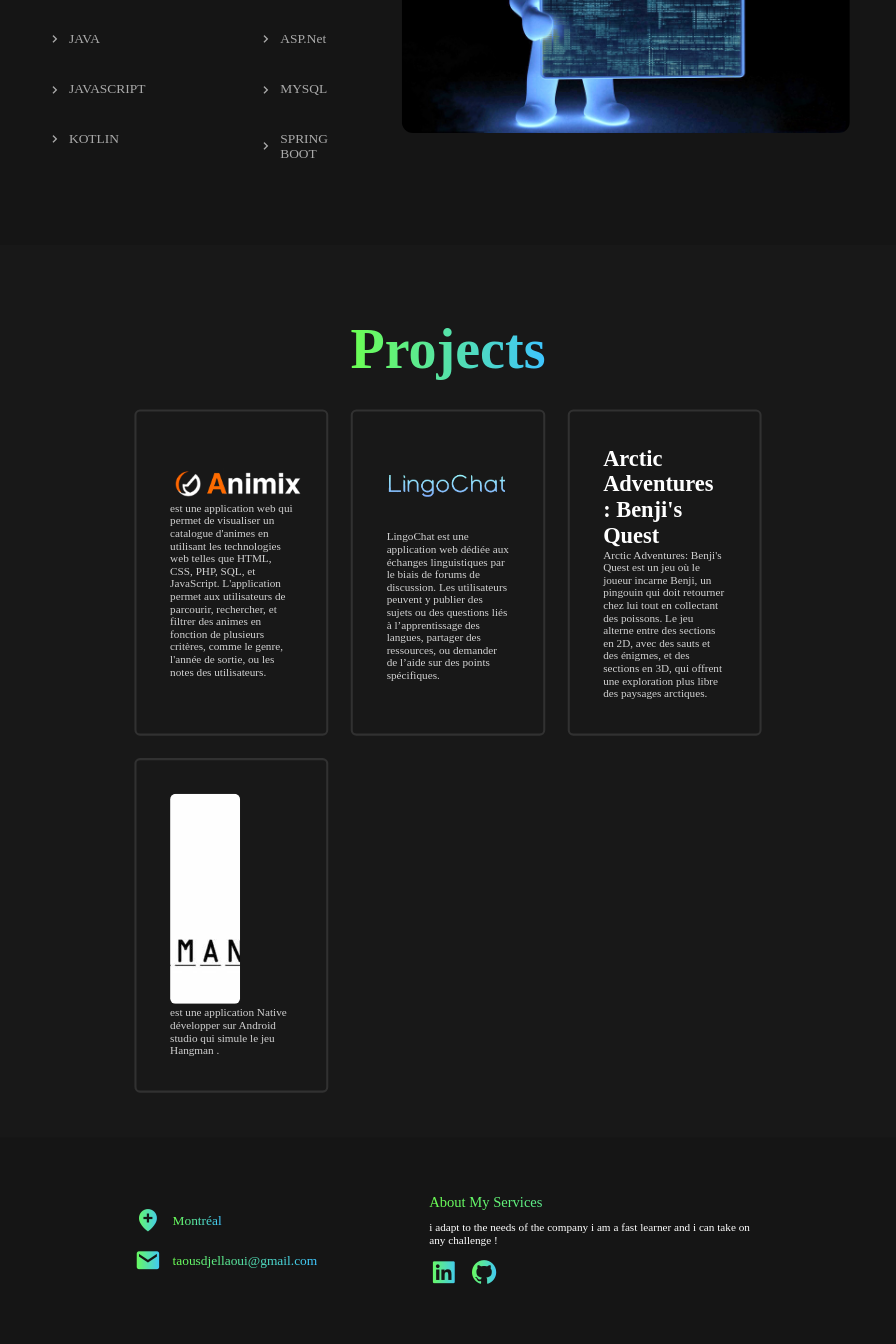
Repository: taousdjellaoui/portfolio-
Page: index.html
The author's editor kept a copy of each file at every save. The page is drawn from the files as they stood at one save, then again after the next save.
The browser window is 1280 px wide. The pictures show the part of the page from y = 1090 to 3010 px (the page is 3010 px tall before and 2810 px after), at 70% of full size.

Above is the page before, as saved 2024-10-25 13:40:59.

### index.html
<!DOCTYPE html>
<html lang="en">
  <head>
    <meta charset="UTF-8" />
    <meta name="viewport" content="width=device-width, initial-scale=1.0" />
    <title>Portfolio Website</title>
    <link rel="stylesheet" href="css/style.css" />
    <link href='https://unpkg.com/boxicons@2.1.4/css/boxicons.min.css' rel='stylesheet'>
  </head>
  <body>
    <nav>
      <a href="#" class="logo"><span>Taous Djellaoui</span></a>
      <ul class="links">
        <a href="#home">Home</a>
        <a href="#about">About</a>
        <a href="#projects">Projects</a>

        <i class='bx bx-menu-alt-right' id="Menu"></i>
      </ul>
      <a href="#contact" class="btn">Contact Me</a>

    </nav>
    <section id="home">

      <div class="info-box">

        <h1><span>Hello I'm Taous !</span></h1>
        <h3><span>Web and mobile Development student</span> in montréal</h3>
        <p>i am looking to be an intern in web development or mobile development , i am a student
           at Cégep de Rosemont , and this is a simple  website i created using HTML, CSS and Javascript </p>
      </div>

    </section>

    <section id="about">
      <div class="about-box">
        <div class="about-info">
          <h1><span>About Me</span></h1>
          <p>very curious and always love to learn new things   </p>

        </div>
        <h2><span>Skills</span></h2>
        <div class="skills">
          <ul>
            <li>
              <p><i class='bx bx-chevron-right' ></i>HTML & CSS</p>
            </li>
            <li>
              <p><i class='bx bx-chevron-right' ></i>JAVA</p>
            </li>
            <li>
              <p><i class='bx bx-chevron-right' ></i>JAVASCRIPT</p>
            </li>
            <li>
              <p><i class='bx bx-chevron-right' ></i>KOTLIN</p>
            </li>
          </ul>
          <ul>
            <li>
              <p><i class='bx bx-chevron-right' ></i>REACT & ANGULAR</p>
            </li>
            <li>
              <p><i class='bx bx-chevron-right' ></i>ASP.Net</p>
            </li>
            <li>
              <p><i class='bx bx-chevron-right' ></i>MYSQL</p>
            </li>
            <li>
              <p><i class='bx bx-chevron-right' ></i>SPRING BOOT</p>
            </li>
          </ul>
        </div>

      </div>
      <img src="images/Computer-Science-Pictures.jpg" alt="">
    </section>
    <section id="projects">
      <h1 class="header"><span>Projects</span></h1>
      <div class="projects-container">
        <div class="box">
          <a href="https://github.com/taousdjellaoui/animix">
          <img src="images/logo-animix.png" alt="">
          <p>est une application web qui permet de visualiser un catalogue d'animes en utilisant les technologies web telles que HTML, CSS, PHP, SQL, et JavaScript. L'application permet aux utilisateurs de parcourir, rechercher, et filtrer des animes en fonction de plusieurs critères,
            comme le genre, l'année de sortie, ou les notes des utilisateurs.</p>
          </a>
        </div>
        <div class="box">
          <img src="images/logoLingoChat.png" alt="">

          <p>
            LingoChat est une application web dédiée aux échanges linguistiques par le biais de forums de discussion. Les utilisateurs peuvent y publier des sujets ou des questions liés à l’apprentissage des langues, partager
            des ressources, ou demander de l’aide sur des points spécifiques.</p>
        </div>
       <div class="box">
        <a href="https://taousdjellaoui.itch.io/arctic-adventures-benjis-quest">
          <h1>Arctic Adventures : Benji's Quest</h1>
          <p>Arctic Adventures: Benji's Quest est un jeu où le
            joueur incarne Benji, un pingouin qui doit retourner chez lui tout en
            collectant des poissons. Le jeu alterne entre des sections en 2D, avec des sauts et des
            énigmes, et des sections en 3D, qui offrent une exploration plus libre des paysages arctiques. </p>
          </a>
        </div>
        <div class="box">
          <a href="https://github.com/taousdjellaoui/animix">
          <img src="images/HangMan.jpg" style="width: 100px; height: 300px; object-fit: cover;"alt="" >
          <p>est une application Native développer sur Android studio qui simule le jeu Hangman .</p>
          </a>
        </div>
      </div>
    </section>
    <footer id="contact">
      <div class="col-left">
        <div class="col-box">
          <span><i class='bx bxs-location-plus' ></i></span>
          <span>Montréal</span>
        </div>
        <div class="col-box">
          <span><i class='bx bxs-envelope' ></i></span>
          <span>taousdjellaoui@gmail.com</span>
        </div>
      </div>
      <div class="col-right">
        <span>About My Services</span>
        <p> i adapt to the needs of the company i am a fast learner and i can take on any challenge !</p>
        <div class="social-icons">
          <span><a href="https://www.linkedin.com/in/taous-djellaoui-2874a1187/"><i class='bx bxl-linkedin-square' ></i></a></span>
          <span><a href="https://github.com/taousdjellaoui"><i class='bx bxl-github' ></i></a></span>
        </div>

      </div>
    </footer>

    <script src="script.js"></script>
  </body>
</html>

### css/style.css
* {
  margin: 0;
  padding: 0;
  box-sizing: border-box;
  text-decoration: none;
  list-style: none;
  scroll-behavior: smooth;
  font-family: "Poppins";
}
:root {
  --background: rgb(24, 24, 24);
  --second-background: rgb(21, 21, 21);
}
body{
  min-height: 100vh;
  background-color: var(--background);
}
nav{
position:fixed;
top:0;
width: 100%;
padding: 2em 15%;
display: flex;
align-items: center;
justify-content: space-between;
background-color:rgba(15,15,15,0.8);
backdrop-filter: blur(10px);
z-index: 1000;
}
ul{
  display:flex;
  align-items: center;
  gap: 3em;

}
nav ul a{
  color: white;
  opacity: 0.7;
  transition:0.2s ease-in-out;
}
nav ul a:hover{
  opacity: 1;

}
.logo{
  font-size:2em;
  color: white;
  font-weight: 800;
  opacity: 0.8;
  transition: 0.2s ease-in-out;

}
.logo:hover{
  opacity: 1;
}
.btn{
  padding : 0.5em 1em;
  color : white;
  font-weight: 500;
  letter-spacing:1px ;
  border-radius: 0.5em;
  font-size: 1.1em;
  border: 2px solid white;
  cursor: pointer;
  transition: 0.3s ease-in-out;

}
.btn:hover{
  background-color: white;
  color: var(--background);

}
span{
  background: linear-gradient(to right,#6cff52,#3ec5ff);
  background-clip: text;
  color:transparent;
}
#menu{
  color:white;
  font-size:3em;
  display:none;
}
section{
  min-height: 100vh;
  padding: 5% 15%;
}
#home{
display: flex;
flex-direction: column;
align-items:center;
justify-content: center;
gap:2em;
color:white;

}
#home img{
width:30vw;
border-radius: 1%;
margin-top: 3em;

}
.info-box{
  display: flex;
  flex-direction: column;
  text-align: center;
  gap: 0.5em;
  max-width: 500px;

}
.info-box h1{
  font-size:4em;
  font-weight: 500;
}
.info-box h3{
  font-size:2em;
  font-weight: 400;
}
.info-box p{
 opacity:0.7;
}
.btn-box{
  display: flex;
  gap: 1em;
}
.btn-box .btn:nth-of-type(2){
  background-color:white;
  color: var(--background)
}
.btn-box .btn:nth-of-type(2):hover{
  background-color: var(--background);
  color:white;

}
::-webkit-scrollbar{
  width: 20px;
  background-color: var(--background);
}
::-webkit-scrollbar-thumb{
  background: linear-gradient(to bottom,#788077,#a8b2b7);

}
#about{
  background-color: var(--second-background);
  display: flex;
  align-items:center;
  justify-content: center;
  gap: 5em;

}
#about img{
  width: 50vw;
  border-radius:1em;

}
.about-box{
  display:flex;
  flex-direction: column;
  text-align: left;
  gap: 2em;
}
.about-box h1{
  font-size: 4em;
}
.about-box p{
color:white;
opacity:0.8;
}
.skills{
  display:flex;
  text-align: left;
  gap: 10em;

}
.skills ul{
  font-size: 1em;
  font-weight: 500;
  display:flex;
  flex-direction: column;
  color:white;
  opacity:0.8;
  align-items: baseline;
}
.skills ul li p{
  color: white ;
  display: flex;
  align-items:center;
  gap : 0.5em;
   font-size: 1.2em;
   transition:0.3s ease-in-out;
}
.skills ul li p:hover{
  transform: translateX(10px);
}
.skills ul li i{
 font-size:1.2em;

}
.about-box h2{
  font-size: 2.5em;
}
#projects{
  background-color: var(--background);
}
.header{
  text-align: center;
  font-size: 5em;
  margin:0.5em 0;
}
.projects-container{
  display:grid;
  grid-template-columns: repeat(auto-fit,minmax(250px,1fr));
  gap:2em;
}
.box{
  border:3px solid rgb(49, 49, 49);
border-radius: 0.5em;
display: flex;
flex-direction: column;
justify-content: center;
overflow: hidden;
object-fit: cover;
padding:3em ;
gap: 2em;
color:white;
cursor:pointer;
transition:0.3s ease-in-out;
}
.box:hover{
  border: 3px solid rgb(100,100,100);
}
.box p{
  opacity:0.8;
}
.box h1{
  font-size: 2em;
}
.box img{
 min-width:25px;
 border-radius:0.5em;
}
footer{
  display: flex;
  align-items:center;
  justify-content: center;
  gap:10em;
  bottom:0;
  background-color: var(--second-background);
  width:100%;
  padding: 5em 15%;
}
.col-left{
  display:flex;
  flex-direction:column;
  gap : 1em;
}
.col-box{
  display: flex;
  align-items:center;
  gap : 1em;
}
.col-box i{
  font-size: 2em;
}
.col-box span{
  font-size: 1.2em;
}
.col-right{
  display:flex;
  flex-direction: column;
  gap:1em;
  color:white;
  max-width:500px;
}
.col-right span{
  font-size: 1.3em;
}
.col-right .social-icons{
  display:flex;
  align-items:baseline;
  justify-content: left;
  gap: 1em;
}
.col-right .social-icons i{
  font-size :2em;
  transition: 0.2s ease-in-out;
  cursor: pointer;
}
.social-icons i:hover{
  color:white;
}
a {
  color: inherit;
}

Loaded but not shown: script.js (no stored copy; drawn as an empty file)

After the next save:
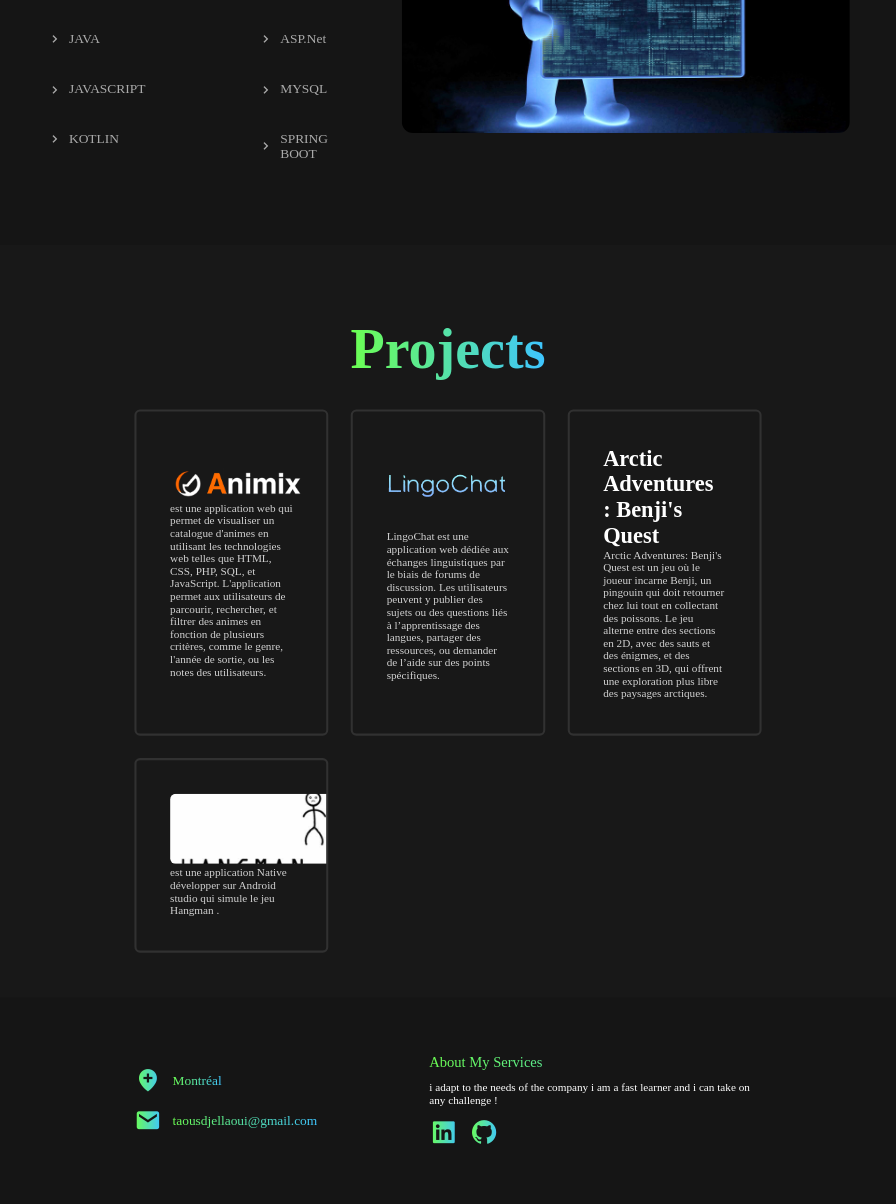
Saved 22 s later.
--- a/index.html
+++ b/index.html
@@ -102,7 +102,7 @@
         </div>
         <div class="box">
           <a href="https://github.com/taousdjellaoui/animix">
-          <img src="images/HangMan.jpg" style="width: 100px; height: 300px; object-fit: cover;"alt="" >
+          <img src="images/HangMan.jpg" style="width: 300px; height: 100px; object-fit: cover;"alt="" >
           <p>est une application Native développer sur Android studio qui simule le jeu Hangman .</p>
           </a>
         </div>
